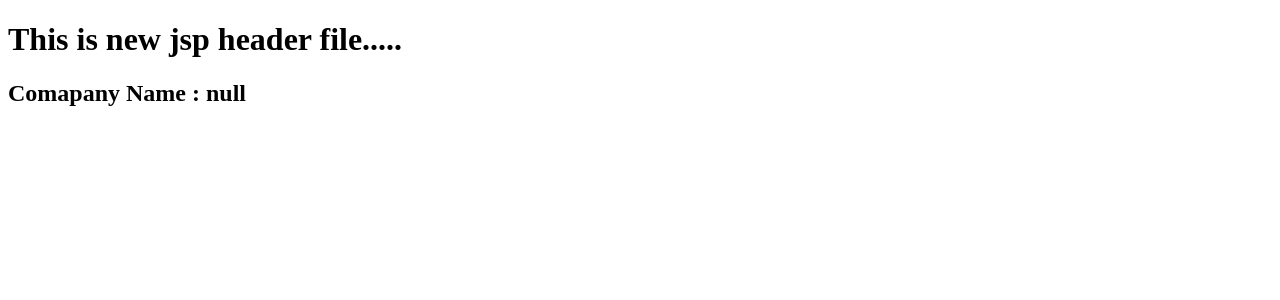
Repository: AdityaGattu/Presidio_Intern
Page: http://localhost/MiniPro/header.jsp
An editor plug-in stored every save of this project. The page is shown before and after the next save, followed by the edit.
The browser window is 1280 px wide. The pictures show the whole page.
The page is served by Tomcat 9. Other server files are loaded and not shown.

Above is the page before, as saved 2021-04-09 06:05:36.

### NEW/MiniPro/WebContent/header.jsp
<%@ page language="java" contentType="text/html; charset=UTF-8"
    pageEncoding="UTF-8"%>
<!DOCTYPE html>
<html>
<head>
<meta charset="ISO-8859-1">
<title>Insert title here</title>
</head>
<body>
<h1>This is new jsp header file.....</h1>
<h2>Comapany Name : <%= request.getParameter("cname") %></h2>
</body>
</html>

After the next save:
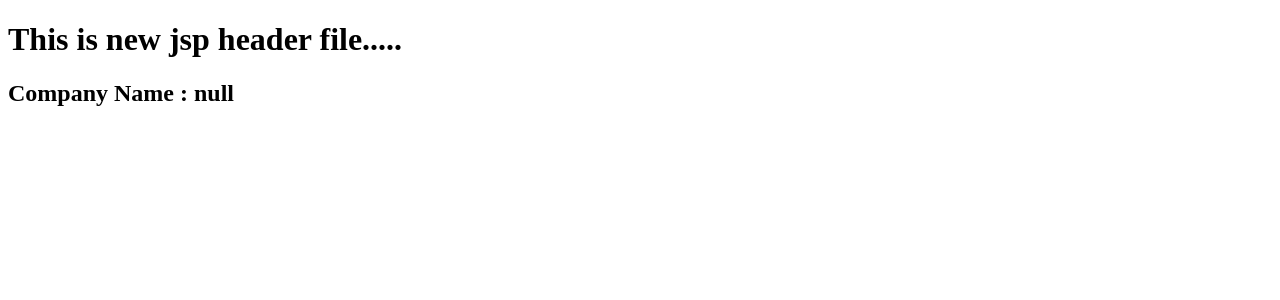
Saved 5 s later.
--- a/NEW/MiniPro/WebContent/header.jsp
+++ b/NEW/MiniPro/WebContent/header.jsp
@@ -8,6 +8,6 @@
 </head>
 <body>
 <h1>This is new jsp header file.....</h1>
-<h2>Comapany Name : <%= request.getParameter("cname") %></h2>
+<h2>Company Name : <%= request.getParameter("cname") %></h2>
 </body>
 </html>
